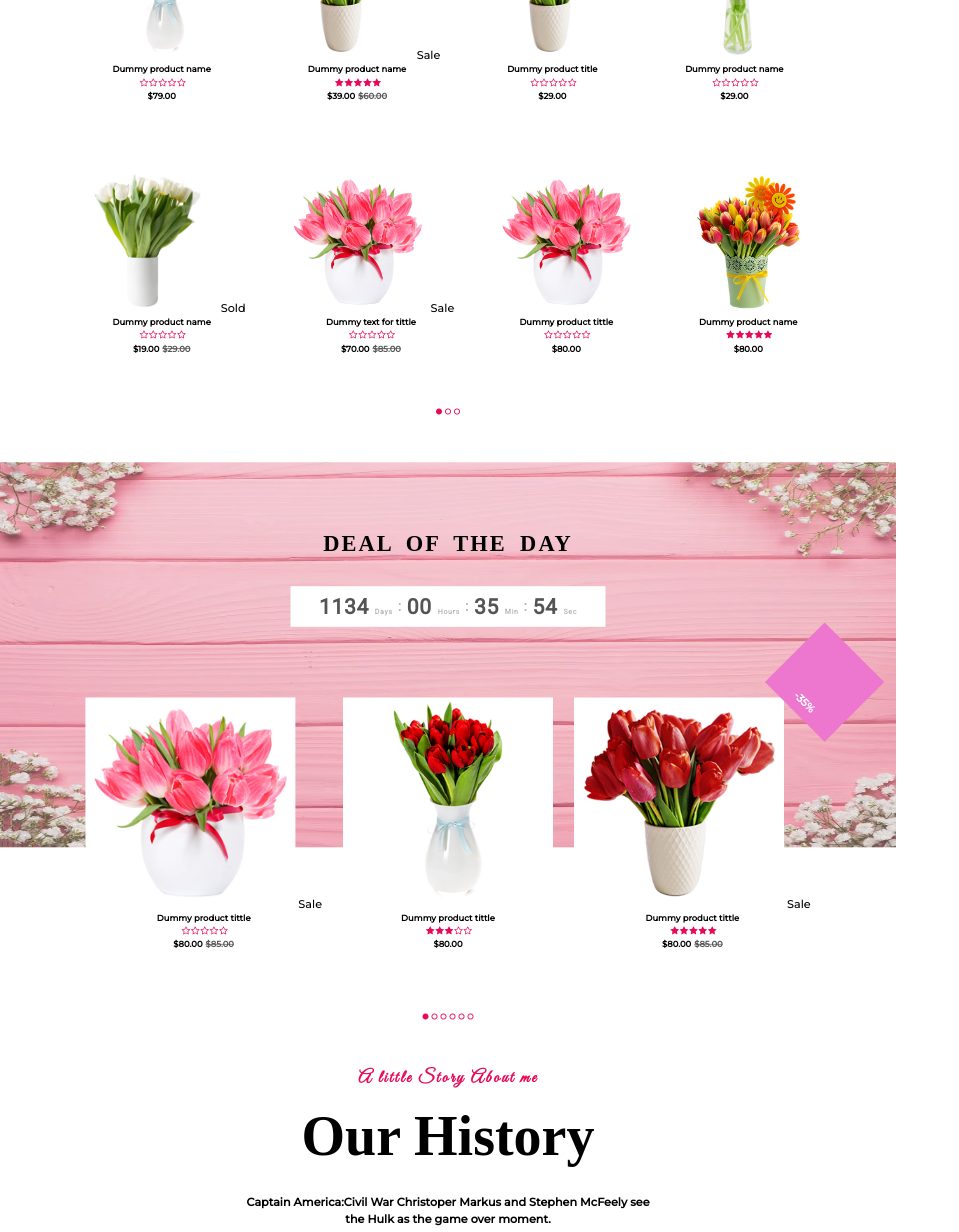
Repository: Yosva36/Front-End-Training
Page: Flower/flowers.html
An editor plug-in stored every save of this project. The page is shown before and after the next save, followed by the edit.
The browser window is 1280 px wide. The page is 1370 px wide, so the pictures cover 1370 px, including what lies to the right of the window. The pictures show the part of the page from y = 1648 to 3408 px (the page is 6139 px tall before and 6158 px after), at 70% of full size.
Some web fonts or font styles are not loaded; a fallback is used. Some web libraries are served in a nearby version.

Above is the page before, as saved 2022-11-21 11:40:30.

### Flower/flowers.html
<!DOCTYPE html>
<html lang="en">
  <head>
    <meta charset="UTF-8" />
    <meta http-equiv="X-UA-Compatible" content="IE=edge" />
    <meta name="viewport" content="width=device-width, initial-scale=1.0" />
    <title>Flower</title>
    <link rel="stylesheet" href="flowers.css" />
    <link
      rel="stylesheet"
      href="https://cdnjs.cloudflare.com/ajax/libs/font-awesome/4.7.0/css/font-awesome.min.css"
    />
    <link rel="preconnect" href="https://fonts.googleapis.com" />
    <link rel="preconnect" href="https://fonts.gstatic.com" crossorigin />
    <link
      href="https://fonts.googleapis.com/css2?family=Great+Vibes&family=Josefin+Slab:wght@600&family=Montserrat:wght@500&family=Roboto&family=Slabo+27px&display=swap"
      rel="stylesheet"
    />
    <link
      rel="stylesheet"
      href="https://cdn.jsdelivr.net/npm/bootstrap-icons@1.3.0/font/bootstrap-icons.css"
    />
  </head>
  <body>
    <div class="container">
      <nav class="nav-bar">
        <div class="logo">
          <img src="/Flower/images/flosun.png" alt="logo" />
        </div>
        <div class="list-items">
          <ul class="list-of-sections">
            <li>
              Home
              <i class="fa fa-angle-down" aria-hidden="true"></i>
            </li>
            <li>
              Shop
              <i class="fa fa-angle-down" aria-hidden="true"></i>
            </li>
            <li>
              Blog
              <i class="fa fa-angle-down" aria-hidden="true"></i>
            </li>
            <li>
              Pages
              <i class="fa fa-angle-down" aria-hidden="true"></i>
            </li>
            <li>About Us</li>
            <li>Contact</li>
          </ul>
        </div>
        <div class="icons">
          <button class="cart">
            <i class="fa fa-shopping-cart" aria-hidden="true"></i>
          </button>
          <button class="search">
            <i class="fa fa-search" aria-hidden="true"></i>
          </button>
          <button class="three-bar">
            <i class="fa fa-bars" aria-hidden="true"></i>
          </button>
        </div>
      </nav>
      <div class="sub-container">
        <div class="home-description">
          <i id="left-arrow" class="bi bi-arrow-left"></i>
          <div class="home-content">
            <button class="top-trend-button">TOP TREND</button>
            <h1 class="home-header">2021 Flower Trend</h1>
            <p>
              Lorem ipsum dolor sit amet, pri autem nemore bonorum te. Autem
              fierent<br />
              ullamcorper ius no, nec ea quodsi invenire
            </p>
            <button class="shop-now-button">Shop Now</button>
          </div>
          <i id="right-arrow" class="bi bi-arrow-right"></i>
        </div>
      </div>
      <div class="flowers">
        <div class="rose-potted-plant">
          <div class="count-one">
            <p class="line-one">Potted Plant</p>
            <p class="line-two">18 ITEMS</p>
          </div>
        </div>
        <div class="flower-one">
          <div class="count-two">
            <p class="line-one">Potted Plant</p>
            <p class="line-two">18 ITEMS</p>
          </div>
        </div>
        <div class="flower-two">
          <div class="count-three">
            <p class="line-one">Potted Plant</p>
            <p class="line-two">18 ITEMS</p>
          </div>
        </div>
        <div class="flower-three">
          <div class="count-four">
            <p class="line-one">Potted Plant</p>
            <p class="line-two">18 ITEMS</p>
          </div>
        </div>
        <div class="flower-four">
          <div class="count-five">
            <p class="line-one">Potted Plant</p>
            <p class="line-two">18 ITEMS</p>
          </div>
        </div>
      </div>
      <div class="featured-products">
        <div class="products-header">
          <h6 class="great-vibes">Wonderful gift</h6>
          <h5 class="slab">FEATURED PRODUCTS</h5>
        </div>
        <div class="pots-one">
          <div class="block">
            <img src="/Flower/images/green-roses.jpg" alt="red-rose" />
            <div class="price">
              <span>Dummy product name</span>
              <div class="ratings">
                <i class="fa fa-star-o" aria-hidden="true"></i>
                <i class="fa fa-star-o" aria-hidden="true"></i>
                <i class="fa fa-star-o" aria-hidden="true"></i>
                <i class="fa fa-star-o" aria-hidden="true"></i>
                <i class="fa fa-star-o" aria-hidden="true"></i>
              </div>
              <span>$79.00</span>
            </div>
          </div>
          <div class="block">
            <img src="/Flower/images/rose-pot.jpg" alt="red-roses-offer" />
            <span class="sale">-18%</span>
            <span class="sale-label">Sale</span>
            <div class="price">
              <span>Dummy product name</span>
              <div class="ratings">
                <i class="fa fa-star" aria-hidden="true"></i>
                <i class="fa fa-star" aria-hidden="true"></i>
                <i class="fa fa-star" aria-hidden="true"></i>
                <i class="fa fa-star" aria-hidden="true"></i>
                <i class="fa fa-star" aria-hidden="true"></i>
              </div>
              <span>$39.00</span>
              <span class="old-price">$60.00</span>
            </div>
          </div>
          <div class="block">
            <img src="/Flower/images/rose-pot.jpg" alt="red-roses" />
            <div class="price">
              <span>Dummy product title</span>
              <div class="ratings">
                <i class="fa fa-star-o" aria-hidden="true"></i>
                <i class="fa fa-star-o" aria-hidden="true"></i>
                <i class="fa fa-star-o" aria-hidden="true"></i>
                <i class="fa fa-star-o" aria-hidden="true"></i>
                <i class="fa fa-star-o" aria-hidden="true"></i>
              </div>
              <span>$29.00</span>
            </div>
          </div>
          <div class="block">
            <img src="/Flower/images/golden-rose.jpg" alt="red-roses" />
            <div class="price">
              <span>Dummy product name</span>
              <div class="ratings">
                <i class="fa fa-star-o" aria-hidden="true"></i>
                <i class="fa fa-star-o" aria-hidden="true"></i>
                <i class="fa fa-star-o" aria-hidden="true"></i>
                <i class="fa fa-star-o" aria-hidden="true"></i>
                <i class="fa fa-star-o" aria-hidden="true"></i>
              </div>
              <span>$29.00</span>
            </div>
          </div>
        </div>
        <div class="pots-two">
          <div class="block">
            <img src="/Flower/images/white-rose.jpg" alt="red-rose" />
            <span class="sale-label">Sold</span>
            <div class="price">
              <span>Dummy product name</span>
              <div class="ratings">
                <i class="fa fa-star-o" aria-hidden="true"></i>
                <i class="fa fa-star-o" aria-hidden="true"></i>
                <i class="fa fa-star-o" aria-hidden="true"></i>
                <i class="fa fa-star-o" aria-hidden="true"></i>
                <i class="fa fa-star-o" aria-hidden="true"></i>
              </div>
              <span>$19.00</span>
              <span class="old-price">$29.00</span>
            </div>
          </div>
          <div class="block">
            <img src="/Flower/images/big-pot-rose.jpg" alt="red-roses-offer" />
            <span class="sale">-18%</span>
            <span class="sale-label">Sale</span>
            <div class="price">
              <span>Dummy text for tittle</span>
              <div class="ratings">
                <i class="fa fa-star-o" aria-hidden="true"></i>
                <i class="fa fa-star-o" aria-hidden="true"></i>
                <i class="fa fa-star-o" aria-hidden="true"></i>
                <i class="fa fa-star-o" aria-hidden="true"></i>
                <i class="fa fa-star-o" aria-hidden="true"></i>
              </div>
              <span>$70.00</span>
              <span class="old-price">$85.00</span>
            </div>
          </div>
          <div class="block">
            <img src="/Flower/images/big-pot-rose.jpg" alt="red-roses" />
            <div class="price">
              <span>Dummy product tittle</span>
              <div class="ratings">
                <i class="fa fa-star-o" aria-hidden="true"></i>
                <i class="fa fa-star-o" aria-hidden="true"></i>
                <i class="fa fa-star-o" aria-hidden="true"></i>
                <i class="fa fa-star-o" aria-hidden="true"></i>
                <i class="fa fa-star-o" aria-hidden="true"></i>
              </div>
              <span>$80.00</span>
            </div>
          </div>
          <div class="block">
            <img src="/Flower/images/roses-with-sun.jpg" alt="red-roses" />
            <div class="price">
              <span>Dummy product name</span>
              <div class="ratings">
                <i class="fa fa-star" aria-hidden="true"></i>
                <i class="fa fa-star" aria-hidden="true"></i>
                <i class="fa fa-star" aria-hidden="true"></i>
                <i class="fa fa-star" aria-hidden="true"></i>
                <i class="fa fa-star" aria-hidden="true"></i>
              </div>
              <span>$80.00</span>
            </div>
          </div>
        </div>
        <div class="three-dots">
          <div class="circle-icon">
            <i class="fa fa-circle" aria-hidden="true"></i>
            <i class="fa fa-circle-o" aria-hidden="true"></i>
            <i class="fa fa-circle-o" aria-hidden="true"></i>
          </div>
        </div>
      </div>
      <div class="deal-of-the-day">
        <div class="deal-image">
          <img
            class="deal-image-background"
            src="/Flower/images/pexels-photo-414660.png  "
            alt="background-deal-of-the-day"
          />
          <div class="dod-header">
            <h4>DEAL OF THE DAY</h4>
            <div class="deadline">
              <span class="number">1134 <sub class="signature">Days</sub></span>
              <span class="colon">:</span>
              <span class="number">00 <sub class="signature">Hours</sub></span>
              <span class="colon">:</span>
              <span class="number">35 <sub class="signature">Min</sub></span>
              <span class="colon">:</span>
              <span class="number">54 <sub class="signature">Sec</sub></span>
            </div>
          </div>
          <div class="three-images">
            <div class="duplicate-images">
              <div class="gift">
                <img src="/Flower/images/big-pot-rose.jpg" alt="red-roses" />
                <span class="sale">-18%</span>
                <span class="sale-label">Sale</span>
                <div class="price">
                  <span>Dummy product tittle</span>
                  <div class="ratings">
                    <i class="fa fa-star-o" aria-hidden="true"></i>
                    <i class="fa fa-star-o" aria-hidden="true"></i>
                    <i class="fa fa-star-o" aria-hidden="true"></i>
                    <i class="fa fa-star-o" aria-hidden="true"></i>
                    <i class="fa fa-star-o" aria-hidden="true"></i>
                  </div>
                  <span>$80.00</span>
                  <span class="old-price">$85.00</span>
                </div>
              </div>
              <div class="gift">
                <img src="/Flower/images/green-roses.jpg" alt="red-roses" />
                <div class="price">
                  <span>Dummy product tittle</span>
                  <div class="ratings">
                    <i class="fa fa-star" aria-hidden="true"></i>
                    <i class="fa fa-star" aria-hidden="true"></i>
                    <i class="fa fa-star" aria-hidden="true"></i>
                    <i class="fa fa-star-o" aria-hidden="true"></i>
                    <i class="fa fa-star-o" aria-hidden="true"></i>
                  </div>
                  <span>$80.00</span>
                </div>
              </div>
              <div class="gift">
                <img src="/Flower/images/rose-pot.jpg" alt="red-roses" />
                <span class="sale">-35%</span>
                <span class="sale-label">Sale</span>
                <div class="price">
                  <span>Dummy product tittle</span>
                  <div class="ratings">
                    <i class="fa fa-star" aria-hidden="true"></i>
                    <i class="fa fa-star" aria-hidden="true"></i>
                    <i class="fa fa-star" aria-hidden="true"></i>
                    <i class="fa fa-star" aria-hidden="true"></i>
                    <i class="fa fa-star" aria-hidden="true"></i>
                  </div>
                  <span>$80.00</span>
                  <span class="old-price">$85.00</span>
                </div>
              </div>
            </div>
          </div>
        </div>
        <div class="five-dots">
          <div class="circle-icon">
            <i class="fa fa-circle" aria-hidden="true"></i>
            <i class="fa fa-circle-o" aria-hidden="true"></i>
            <i class="fa fa-circle-o" aria-hidden="true"></i>
            <i class="fa fa-circle-o" aria-hidden="true"></i>
            <i class="fa fa-circle-o" aria-hidden="true"></i>
            <i class="fa fa-circle-o" aria-hidden="true"></i>
          </div>
        </div>
      </div>
      <div class="history">
        <div class="history-content">
          <p class="story-line">A little Story About me</p>
          <h2>Our History</h2>
          <p class="hulk">
            Captain America:Civil War Christoper Markus and Stephen McFeely
            see<br />
            the Hulk as the game over moment.
          </p>
          <p class="lorem">
            Lorem ipsum dolor sit amet consectetur adipisicing elit. Repudiandae
            vitae reprehenderit eum<br />
            morem ipsum dolor sit amet consectetur adipisicing elit. Aut ad iste
            quod vitae voluptate.<br />
            torem ipsum dolor sit amet consectetur adipisicing elit. Saepe
            doloribus a in nisi illo.<br />
            dolor sit amet consectetur adipisicing elit. Doloremque nesciunt
            necessitatibus eaque ea ad<br />
            eorem ipsum dolor sit.
          </p>
        </div>
        <div class="offer-pots">
          <div class="big-red-rose">
            <img src="/Flower/images/big-red-rose.jpg" alt="red-rose" />
          </div>
          <div class="red-tulip">
            <img src="/Flower/images/red-tulip.jpg" alt="red-rose" />
          </div>
          <div class="tulip-flower">
            <img src="/Flower/images/red-tulip.jpg" alt="red-rose" />
          </div>
        </div>
      </div>
      <div class="news-letter">
        <div class="letter-container">
          <div class="we-love-clients">
            <p class="story-line">We Love Our Clients</p>
            <h2>WHAT THEY'RE SAYING</h2>
          </div>
          <div class="person-image">
            <img src="/Flower/images/woman.jpg" alt="person-image" />
          </div>
          <div class="letter-content">
            <p>
              Lorem ipsum dolor sit amet consectetur adipisicing elit. Possimus
              accusantium neque dolorum<br />
              eorem ipsum dolor sit amet consectetur adipisicing elit. Officiis
              provident tempora exercitationem<br />
              porem ipsum dolor sit amet consectetur adipisicing elit. Magni
              unde rem cum<br />
              worem
            </p>
            <span class="person-name"> Katherine Sullivan </span>
            <span class="customer">- Customer</span>
          </div>
        </div>
        <div class="email">
          <div class="send-news-letter">
            <h2>SEND NEWSLETTER</h2>
            <p>
              Enter your email address For our Mailing List To Keep Your Self
              Update
            </p>
          </div>
          <div class="email-blank">
            <input class="email-input" placeholder="email@example.com" />
            <button class="sub-button">Subscribe</button>
          </div>
        </div>
      </div>
      <div class="latest-posts">
        <div class="latest-post-header">
          <p class="blog">From The Blogs</p>
          <h2>OUR LATEST POSTS</h2>
        </div>
        <div class="post-images">
          <div class="post">
            <img src="/Flower/images/lotus.jpg" alt="flower-image" />
            <div class="post-content">
              <h4>
                It is a long established fact<br />
                that a reader will
              </h4>
              <span class="by">By Flosun Flower</span>
              <span class="date">May,08,21</span>
              <p class="post-description">
                Lorem ipsum dolor sit amet consectetur eorem ipv dolor sit amet
                tas cotetut eorem ipsum do gwh sit amet cosectetur torem ipsum
                dolor sit amet cnsectetur
              </p>
              <span class="read-more">
                Read more
                <i class="fa fa-long-arrow-right" aria-hidden="true"></i>
              </span>
            </div>
          </div>
          <div class="post">
            <img src="/Flower/images/white-roses-pot.jpg" alt="flower-image" />
            <div class="post-content">
              <h4>
                It is a long established fact<br />
                that a reader will
              </h4>
              <span class="by">By Flosun Flower</span>
              <span class="date">May,08,21</span>
              <p class="post-description">
                Lorem ipsum dolor sit amet consectetur eorem ipv dolor sit amet
                tas cotetut eorem ipsum do gwh sit amet cosectetur torem ipsum
                dolor sit amet cnsectetur
              </p>
              <span class="read-more">
                Read more
                <i class="fa fa-long-arrow-right" aria-hidden="true"></i>
              </span>
            </div>
          </div>
          <div class="post">
            <img src="/Flower/images/simple-roses.jpg" alt="flower-image" />
            <div class="post-content">
              <h4>
                It is a long established fact<br />
                that a reader will
              </h4>
              <span class="by">By Flosun Flower</span>
              <span class="date">May,08,21</span>
              <p class="post-description">
                Lorem ipsum dolor sit amet consectetur eorem ipv dolor sit amet
                tas cotetut eorem ipsum do gwh sit amet cosectetur torem ipsum
                dolor sit amet cnsectetur
              </p>
              <span class="read-more">
                Read more
                <i class="fa fa-long-arrow-right" aria-hidden="true"></i>
              </span>
            </div>
          </div>
        </div>
      </div>
      <div class="footer">
        <div class="brands">
          <div class="brand-logos">
            <img src="/Flower/images/hat-bill.png" alt="hat-bill" />
            <img src="/Flower/images/vintage.png" alt="vintage" />
            <img src="/Flower/images/hd.png" alt="harly-davidson" />
            <img src="/Flower/images/vintage-two.png" alt="vintage" />
            <img src="/Flower/images/gillette.png" alt="gillette" />
          </div>
        </div>
        <div class="info">
          <div class="list-of-info">
            <div class="information">
              <img src="/Flower/images/company-logo.png" alt="comapany-logo" />
              <p class="footer-text">
                Lorem, ipsum dolor sit amet consectetur adipi<br />
                aut accusamus voluptatem omnis dolori srem,<br />
                suscipit illo ipsam sunt sit velit.it Bland.
              </p>
              <span>
                <button>
                  <i class="fa fa-facebook" aria-hidden="true"></i>
                </button>
                <button>
                  <i class="fa fa-twitter" aria-hidden="true"></i>
                </button>
                <button>
                  <i class="fa fa-linkedin" aria-hidden="true"></i>
                </button>
                <button>
                  <i class="fa fa-youtube" aria-hidden="true"></i>
                </button>
                <button><i class="fa fa-vimeo" aria-hidden="true"></i></button>
              </span>
            </div>
            <div class="information">
              <h2>Information</h2>
              <p>Our Comapny</p>
              <p>Contact Us</p>
              <p>Our Services</p>
              <p>Why We?</p>
              <p>Careers</p>
            </div>
            <div class="information">
              <h2>Quicklink</h2>
              <p>About</p>
              <p>Blog</p>
              <p>Shop</p>
              <p>Cart</p>
              <p>Contact</p>
            </div>
            <div class="information">
              <h2>Support</h2>
              <p>Online Support</p>
              <p>Shipping Policy</p>
              <p>Return Policy</p>
              <p>Privacy Policy</p>
              <p>Terms of Service</p>
            </div>
            <div class="information">
              <h2>See Information</h2>
              <p>123, ABC, Road##, Main City, Your</p>
              <p>address goes here</p>
              <p>Phone: 7339 225 972</p>
              <p>Email: yosuva.rv@gmail.com</p>
            </div>
          </div>
        </div>
        <div class="copy-rights">
          <div class="copy-right-content">
            <span class="normal"
              >Copyright <i class="fa fa-copyright" aria-hidden="true"></i> 2021
            </span>
            <span class="highlight">HasThemes</span>
            <span class="normal">I Built with</span>
            <span class="highlight">Flosun</span>
            <span class="normal">by</span>
            <span class="highlight">HasThemes.</span>
          </div>
        </div>
      </div>
    </div>
  </body>
</html>

Loaded but not shown: Flower/flowers.css (783 lines, source omitted)

After the next save:
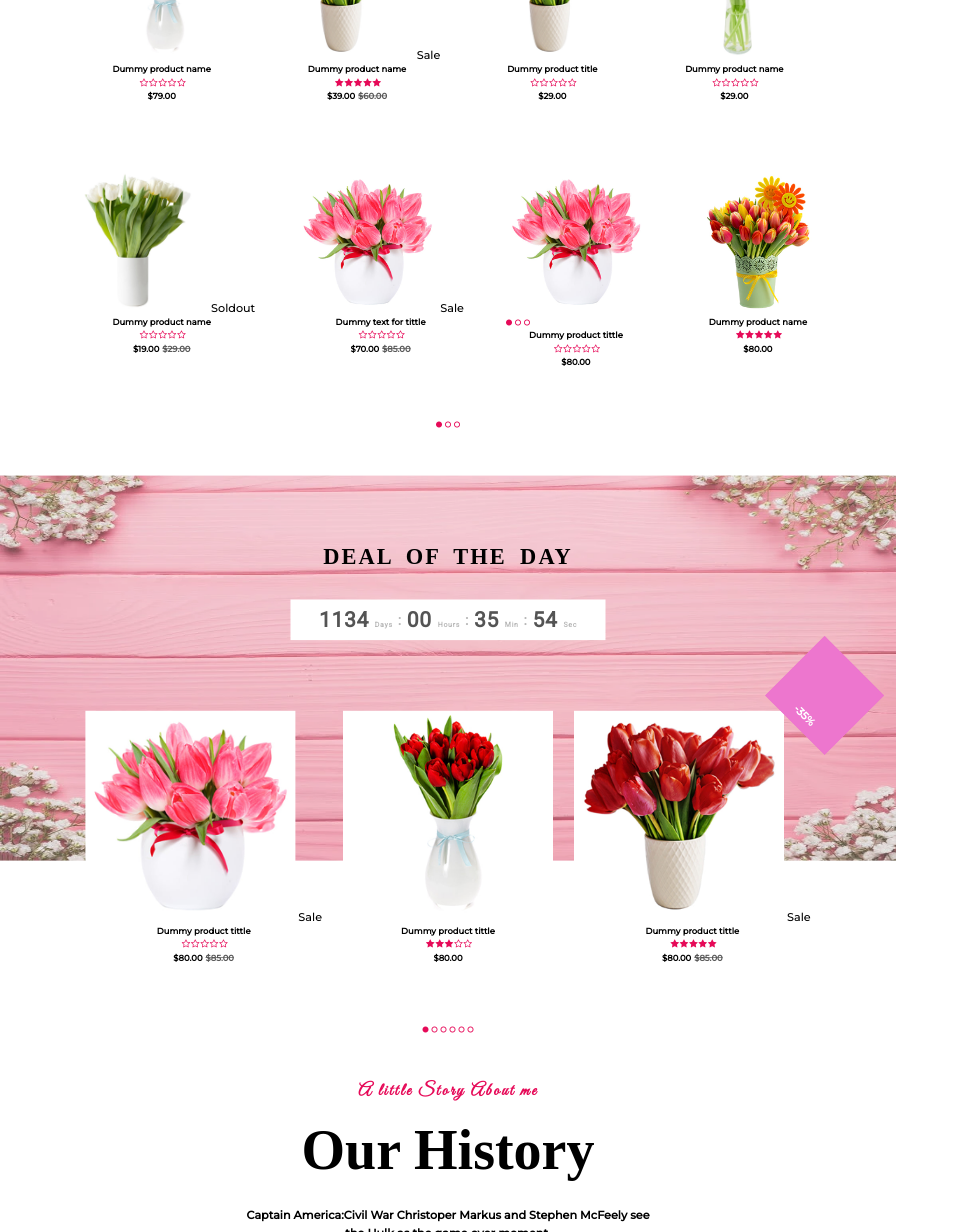
Saved 6 min 59 s later.
--- a/Flower/flowers.html
+++ b/Flower/flowers.html
@@ -178,7 +178,7 @@
         <div class="pots-two">
           <div class="block">
             <img src="/Flower/images/white-rose.jpg" alt="red-rose" />
-            <span class="sale-label">Sold</span>
+            <span class="sale-label">Soldout</span>
             <div class="price">
               <span>Dummy product name</span>
               <div class="ratings">
@@ -211,6 +211,11 @@
           </div>
           <div class="block">
             <img src="/Flower/images/big-pot-rose.jpg" alt="red-roses" />
+            <div class="circle-icon">
+              <i class="fa fa-circle" aria-hidden="true"></i>
+              <i class="fa fa-circle-o" aria-hidden="true"></i>
+              <i class="fa fa-circle-o" aria-hidden="true"></i>
+            </div>
             <div class="price">
               <span>Dummy product tittle</span>
               <div class="ratings">
